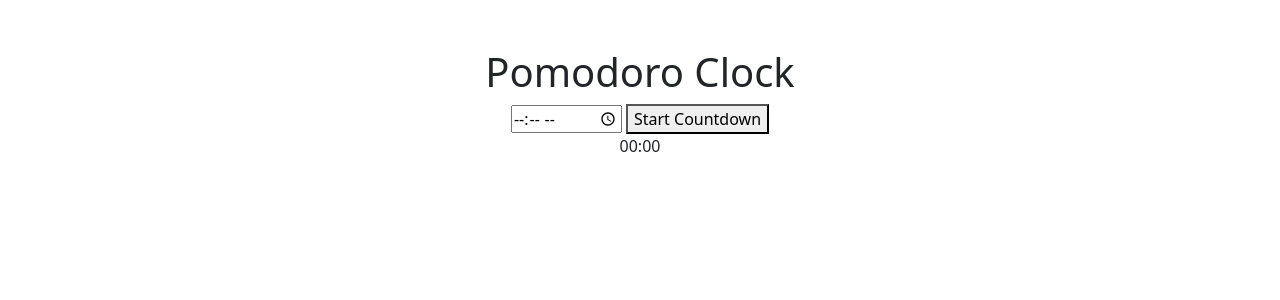
Repository: jobid0212/pomodoro-clock
Page: http://localhost/
An editor plug-in stored every save of this project. The page is shown before and after the next save, followed by the edit.
The browser window is 1280 px wide. The pictures show the whole page.
The page is served by the project's application, run on Flask 3 (app.py).

Above is the page before, as saved 2026-02-06 15:06:17.

After the next save:
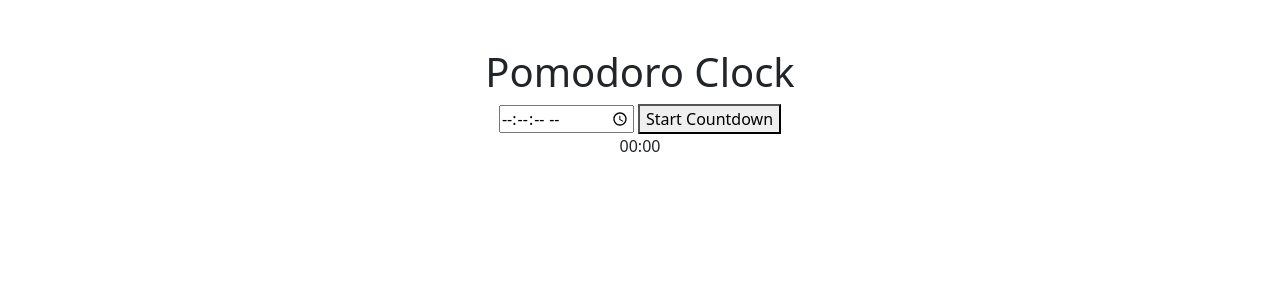
Saved 2 min 54 s later.
--- a/templates/index.html
+++ b/templates/index.html
@@ -23,7 +23,7 @@
                     <h1>Pomodoro Clock</h1>
                 </div>
                 <div class="timer-wrapper">
-                    <input type="time" id="minutesInput" placeholder="Min" min = "00:01">
+                    <input type="time" id="minutesInput" placeholder="Min" min="00:01" step="1">
                     <button onclick="startTimer('study')">Start Countdown</button>
 
                     <div id="display">
